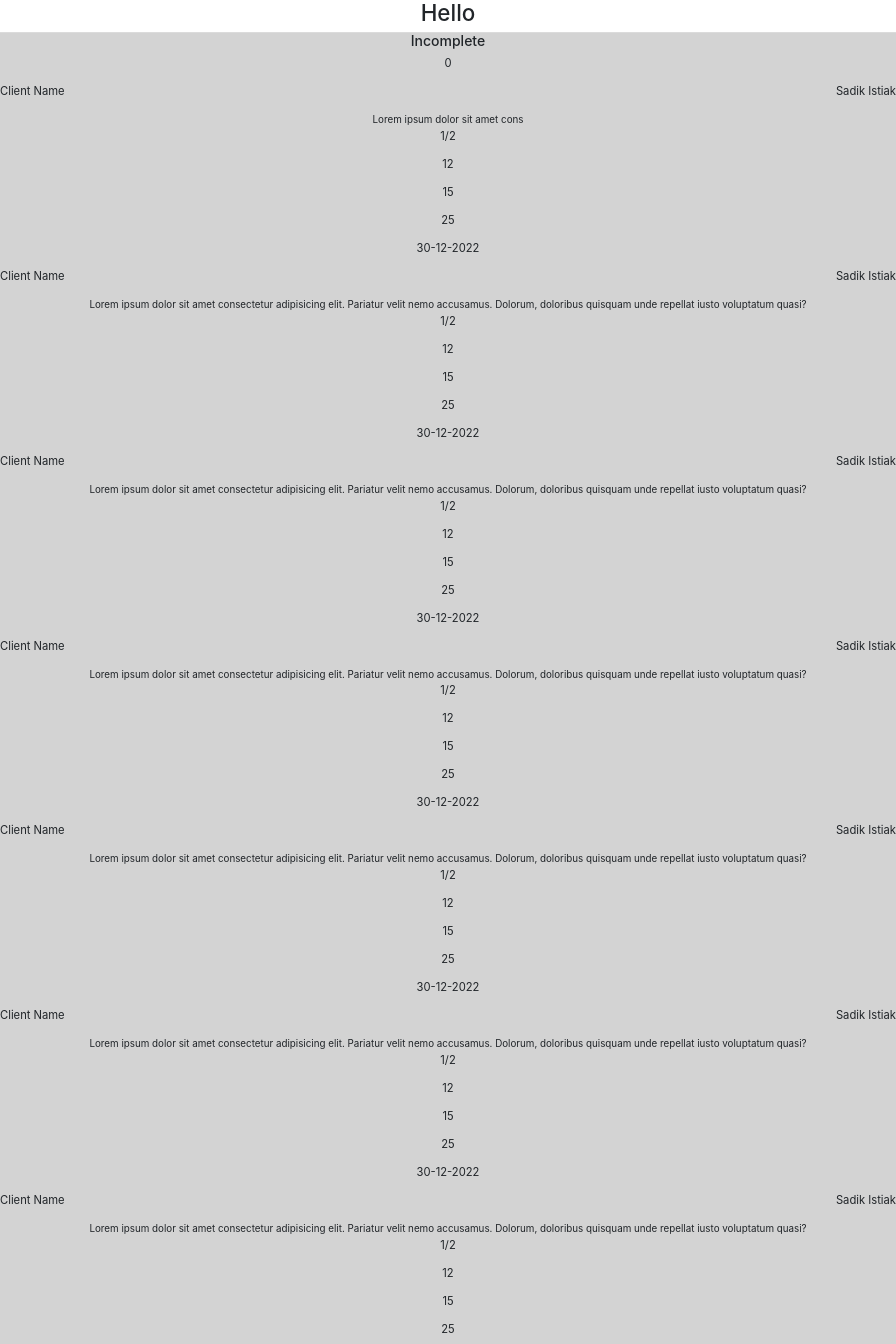
Repository: Sharif-00112/dashboard-task-frontend
Page: /
These files come from the project's save history. The page is drawn as it stood at one moment and after the next save; the edit follows.
The browser window is 1280 px wide. The pictures show the part of the page from y = 0 to 1920 px (the page is 2758 px tall), at 70% of full size.
The project was rebuilt for these pictures with package versions that can differ from the ones it lists, and the page was loaded fresh each time.

Above is the page before, as saved 2023-01-27 23:40:44.

After the next save:
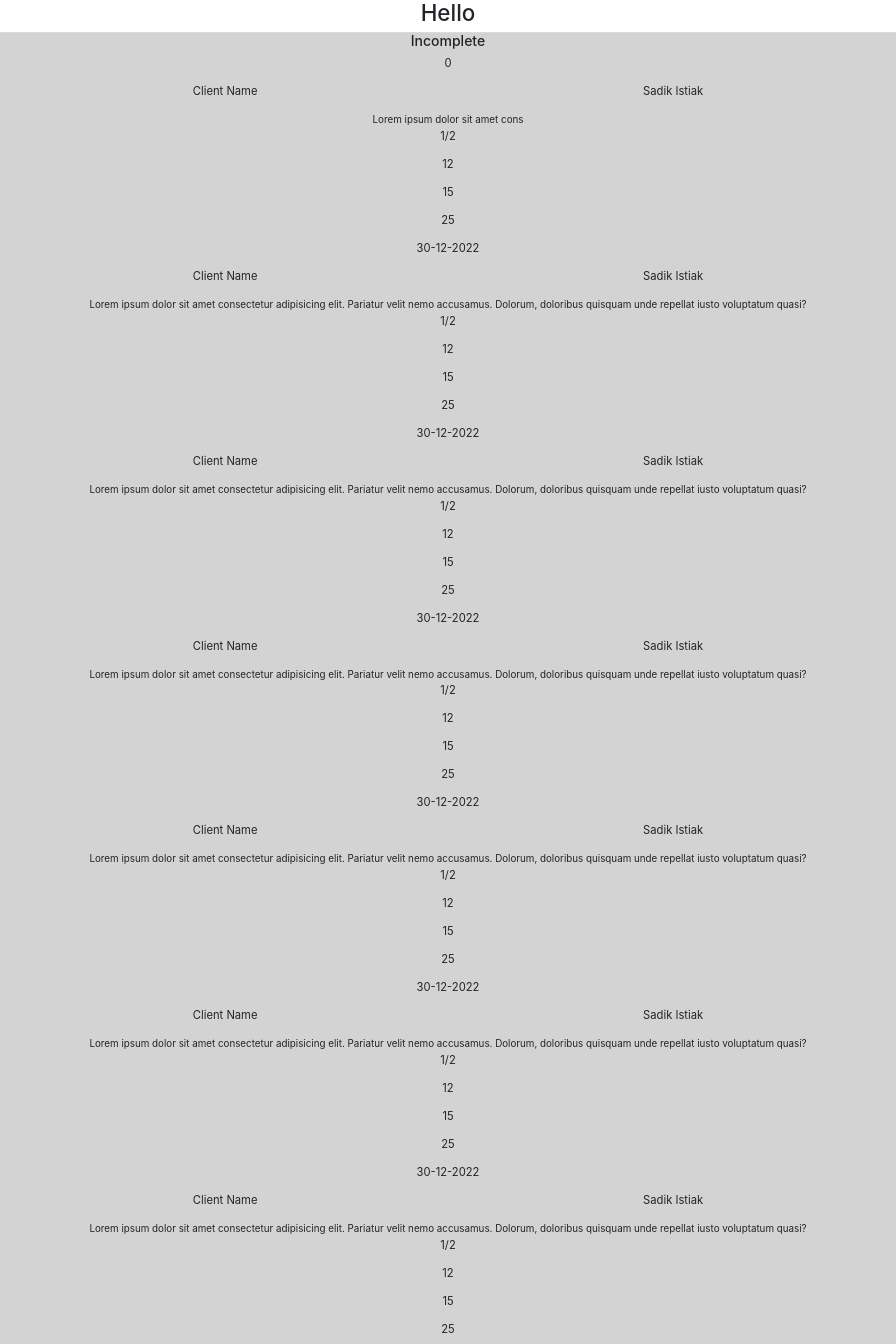
Saved 18 s later.
--- a/src/Components/styles.css
+++ b/src/Components/styles.css
@@ -4,5 +4,5 @@
 
 .task-part{
     display: flex;
-    justify-content: space-between
+    justify-content: space-around
 }
